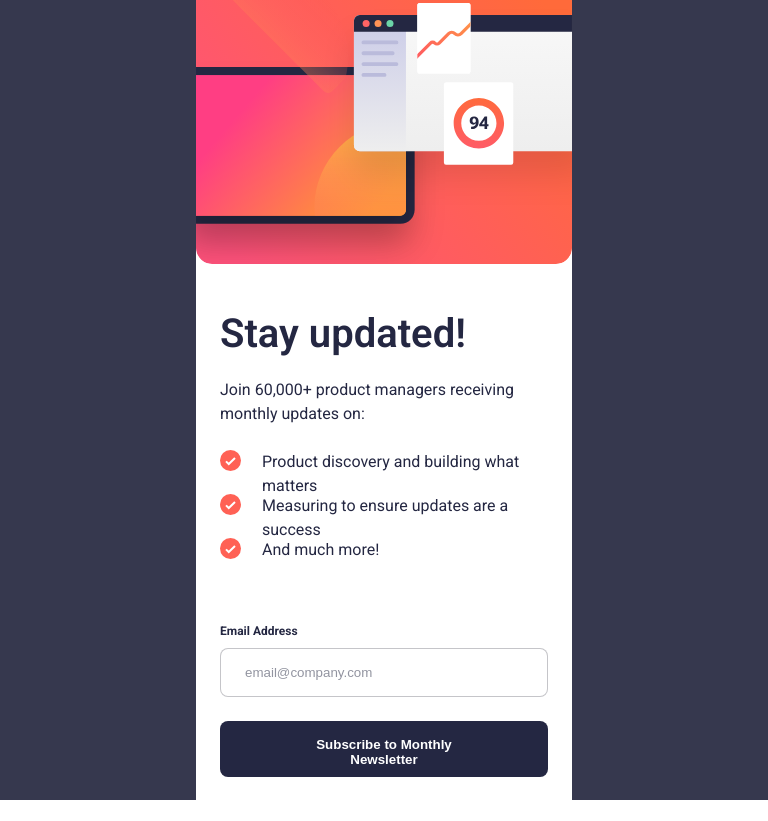
Repository: brandontaylor1/newsletter-signup
Page: index.html
An editor plug-in stored every save of this project. The page is shown before and after the next save, followed by the edit.
The browser window is 768 px wide. The pictures show the whole page.

Above is the page before, as saved 2025-01-20 09:47:02.

After the next save:
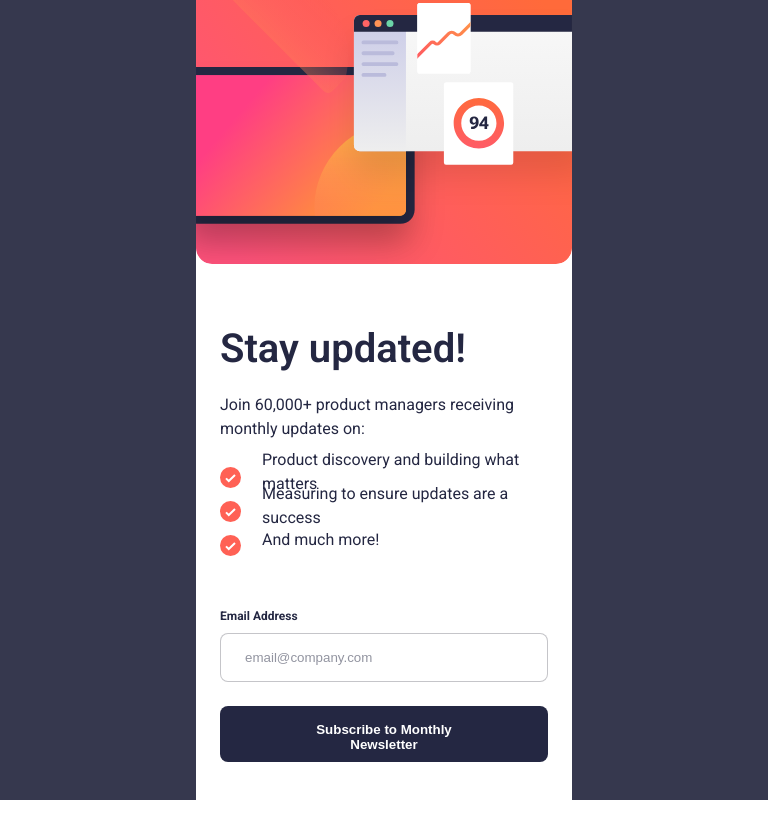
Saved 26 s later.
--- a/styles.css
+++ b/styles.css
@@ -236,7 +236,8 @@ label {
     }
 
     .list-item {
-      margin-bottom: 20px;
+        display: flex;
+        align-items: center;
     }
 
     .list-item li{
